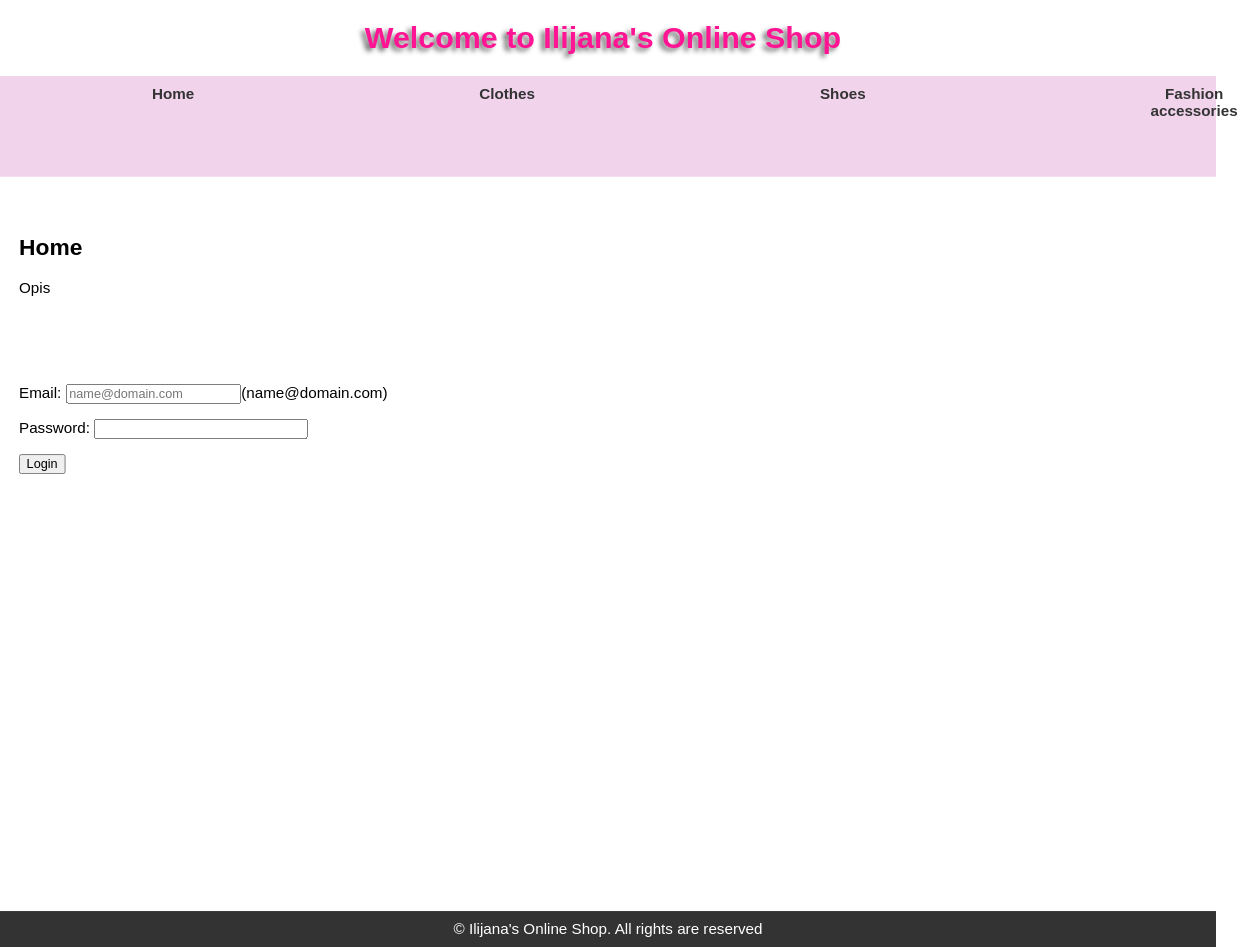
Repository: ilijana123/Proekt1
Page: html.html
The author's editor kept a copy of each file at every save. The page is drawn from the files as they stood at one save, then again after the next save.
The browser window is 1280 px wide. The page is 1303 px wide, then 1280 px, so the pictures cover 1303 px, including what lies to the right of the window. The pictures show the whole page, at 95% of full size.

Above is the page before, as saved 2023-11-12 23:45:29.

### html.html
<!DOCTYPE html>
<html>
    <head>
    <meta charset="utf-8">
    <title>Online shop</title>
    <link rel="stylesheet" type="text/css" href="1.css">
    <script src="script.js"></script>
    </head>
    <body>
    <header>
       <h1>Welcome to Ilijana's Online Shop</h1>
    </header>
       <nav>
            <ul>
                <li><a href="#home">Home</a></li>
                <li><a href="#category1">Clothes</a></li>
                <li><a href="#category2">Shoes</a></li>
                <li><a href="#category3">Fashion accessories</a></li>
            </ul>
       </nav>
       <section id="home">
            <h2>Home</h2>
            <p>Opis</p>
        </section>
        <section id="contact">
            <form method="post" autocomplete="on">
                <p><label>Email:
                    <input type="email" id="email"
                        placeholder="name@domain.com"/>(name@domain.com)
                </label></p>
                <p><label>Password:
                    <input type="password" id="password" size="25"
                        placeholder=""/>
                </label></p>
                <button onclick="btnClicked()">Login</button>
            </form>
       </section>
       <section id="category1"></section>
       <section id="category2"></section>
       <section id="category3"></section>
       <section id="instagram">
      </section>
      <section id="survey">
      </section>
      <section id="questionnaire">
      </section>
      <section id="contact">
      </section>
       <footer> &copy; Ilijana's Online Shop. All rights are reserved</footer>
    </body>
</html>

### 1.css
h1  {
     font-family: fantasy;
        color:deeppink;
        text-shadow: -4px 4px 6px dimgrey;
        position:relative;
        margin-left: 30%;
    }
    body
    {
        margin: 0;
        padding: 0;
        font-family: Arial, sans-serif;
    }
    nav
    {
        background-color:rgb( 241, 211, 235);
        color: white;
        padding: 10px;
        text-align: center;
        text-decoration:wavy;
    }
    nav ul
    {
        list-style-type: none;
        margin: 0;
        padding: 0;
        display: flex;
        flex-direction: row; /* Set the direction to column */

    }

    nav ul li {
        display: block; /* Set the display property to block */
        margin-bottom: 50px;
        margin-right: 150px;
        text-decoration-color: beige;
        margin-left:150px;
    }
    section {
        padding: 20px;
        margin: 20px 0;
    }
    nav a {
        text-decoration: none;
        color: #333;
        font-weight: bold;
    }
    nav a:hover {
        color: #555;
    }

    footer {
        background-color: #333;
        color: white;
        text-align: center;
        padding: 10px;
    }

### script.js
function btnClicked()
{
    document.location.href="html1.html";
}

After the next save:
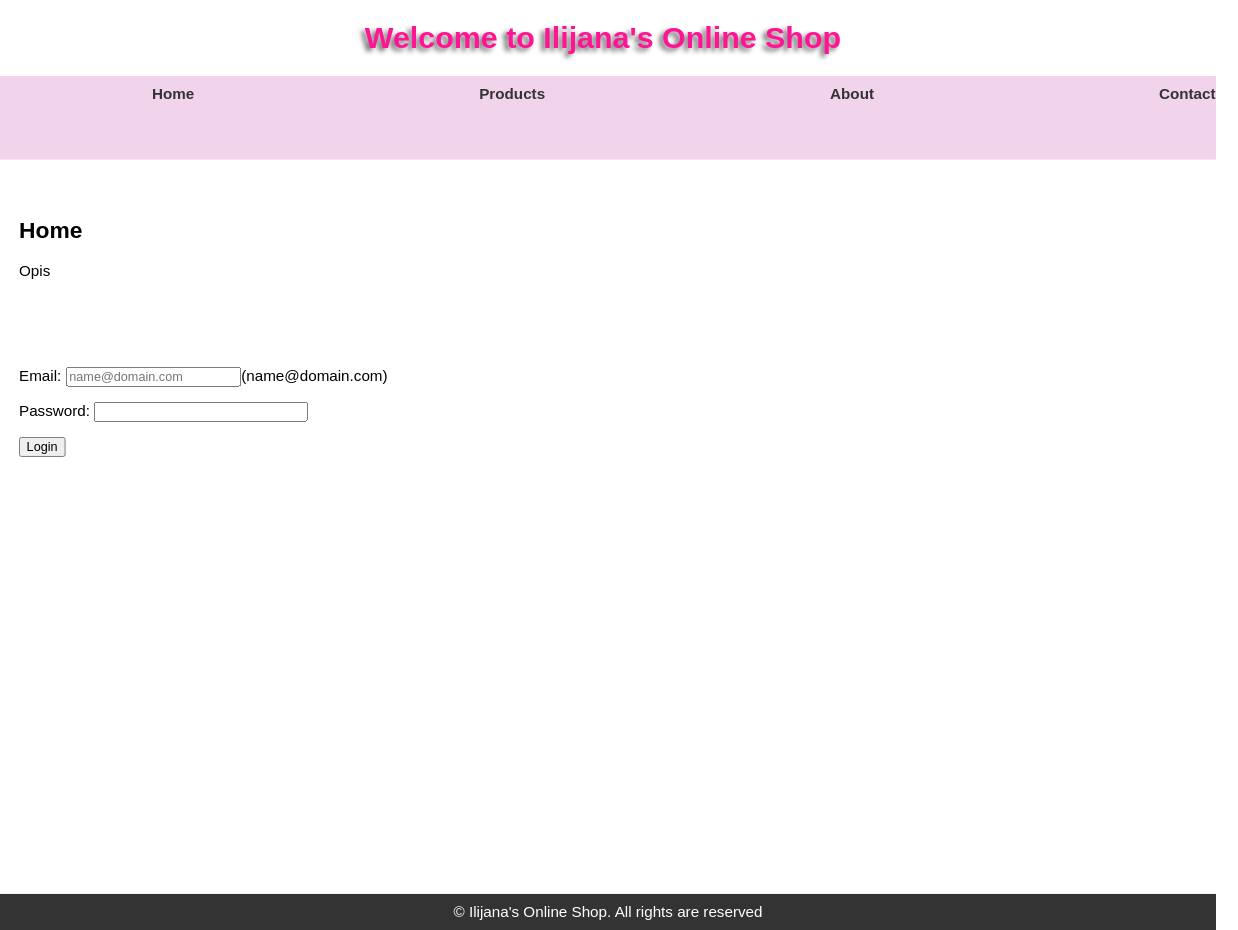
Saved 3 min 8 s later.
--- a/html.html
+++ b/html.html
@@ -13,9 +13,9 @@
        <nav>
             <ul>
                 <li><a href="#home">Home</a></li>
-                <li><a href="#category1">Clothes</a></li>
-                <li><a href="#category2">Shoes</a></li>
-                <li><a href="#category3">Fashion accessories</a></li>
+                <li><a href="#category1">Products</a></li>
+                <li><a href="#category2">About</a></li>
+                <li><a href="#category3">Contact</a></li>
             </ul>
        </nav>
        <section id="home">
